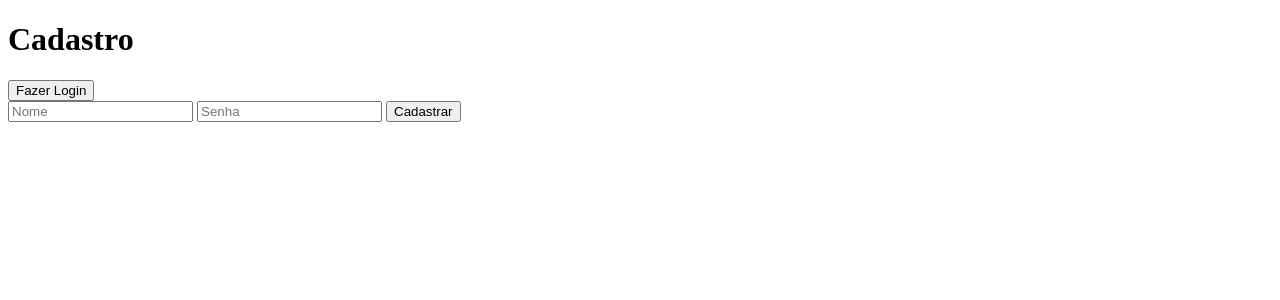
Repository: Gabrielb0rn/login-redes
Page: cadastro.html
An editor plug-in stored every save of this project. The page is shown before and after the next save, followed by the edit.
The browser window is 1280 px wide. The pictures show the whole page.

Above is the page before, as saved 2024-09-11 10:53:41.

After the next save:
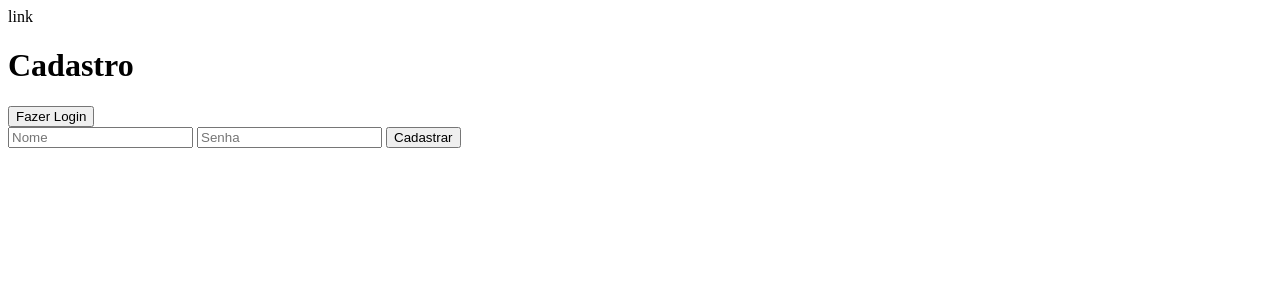
Saved 34 s later.
--- a/cadastro.html
+++ b/cadastro.html
@@ -4,9 +4,7 @@
     <meta charset="UTF-8">
     <meta name="viewport" content="width=device-width, initial-scale=1.0">
     <title>Senai Login</title>
-    <style>
-
-    </style>
+    link
 </head>
 <body class="center-page">
     <div>
